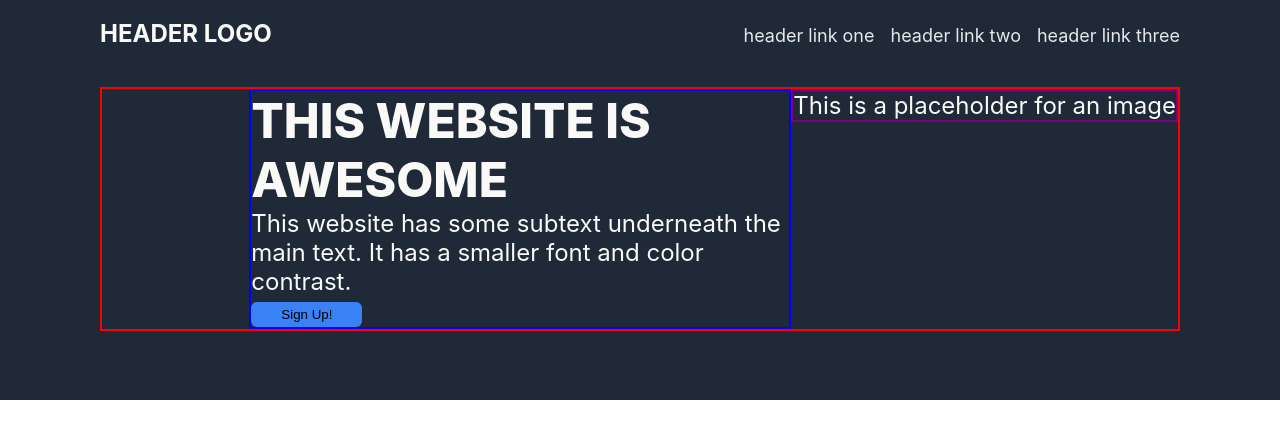
Repository: bbrockbrown/landing-page
Page: index.html
An editor plug-in stored every save of this project. The page is shown before and after a run of saves, followed by the edit.
The browser window is 1280 px wide. The pictures show the whole page.

Above is the page before, as saved 2024-07-24 15:20:40.

After the next 2 saves:
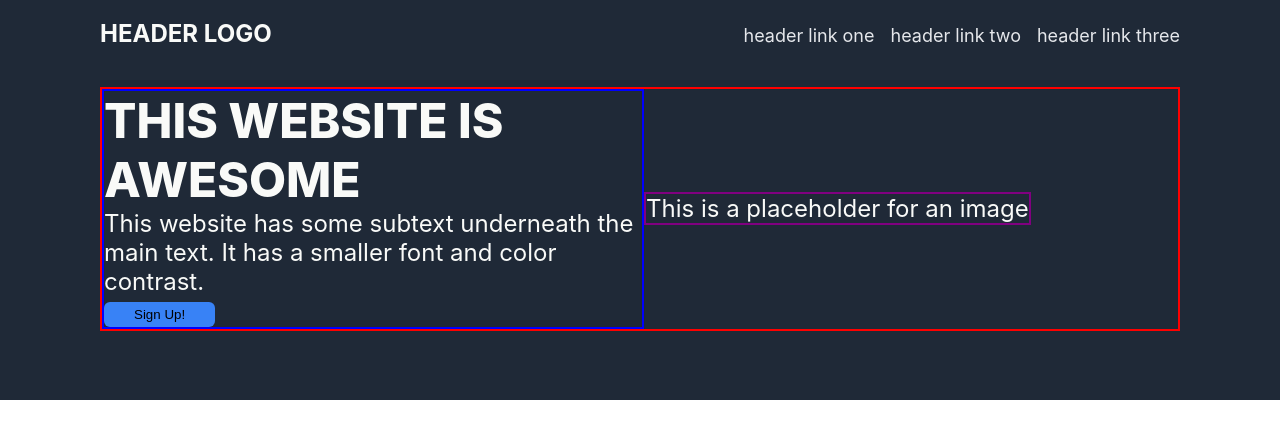
The 2 saves are shown as one change because they came seconds apart.
The last was saved 11 s later.
--- a/styles.css
+++ b/styles.css
@@ -25,9 +25,8 @@ body {
 .header-content {
     display: flex;
     text-align: left;
-    align-items: flex-start;
+    align-items: center;
     border: red solid 2px;
-    justify-content: flex-end;
 }
 
 .header-text {
